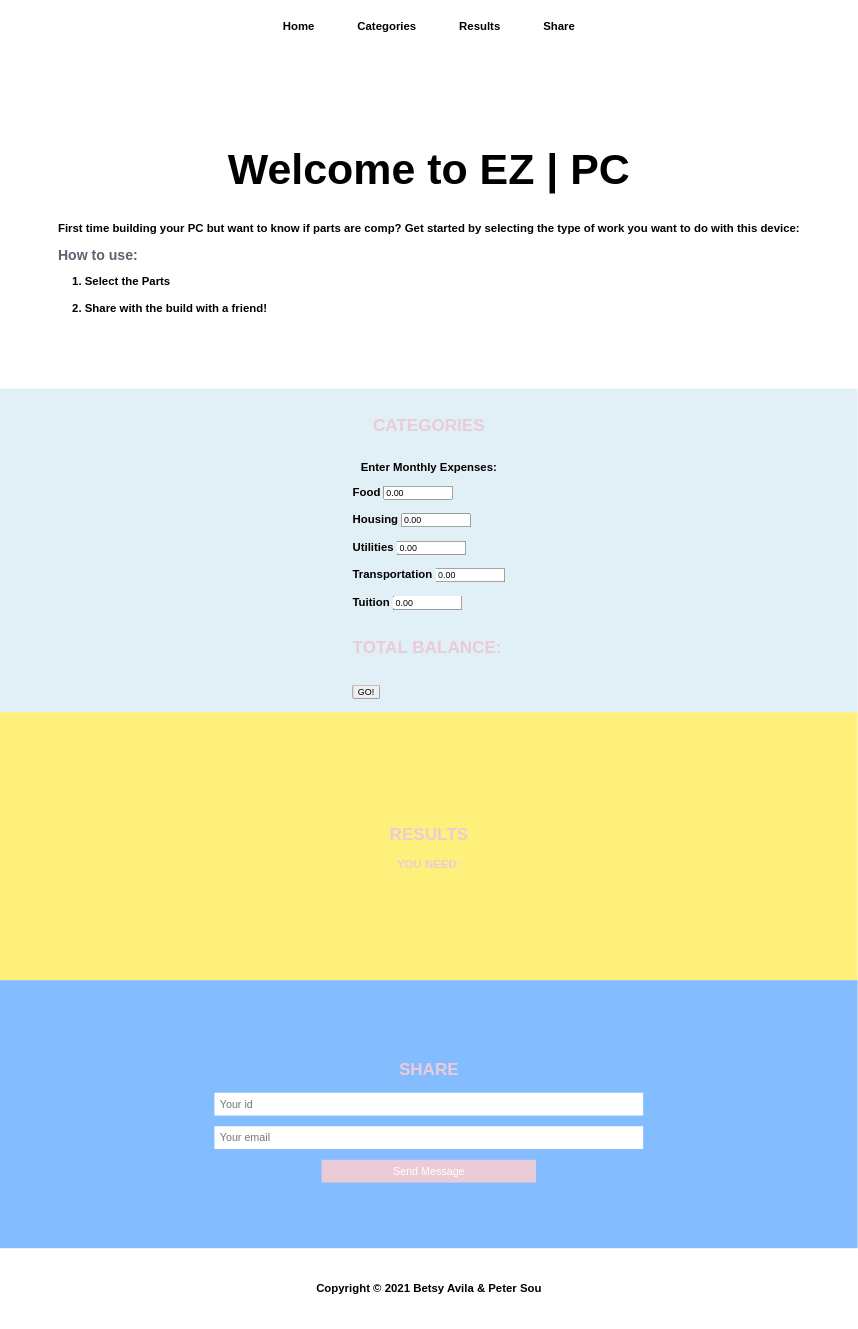
Repository: Peter-Sou/CSE-111-Project-1
Page: http://localhost/
The author's editor kept a copy of each file at every save. The page is drawn from the files as they stood at one save, then again after the next save.
The browser window is 1280 px wide. The pictures show the whole page, at 67% of full size.
Some web fonts or font styles are not loaded; a fallback is used. The page is served by the project's application, run on Django 3.2 (manage.py).

Above is the page before, as saved 2021-12-07 18:38:56.

After the next save:
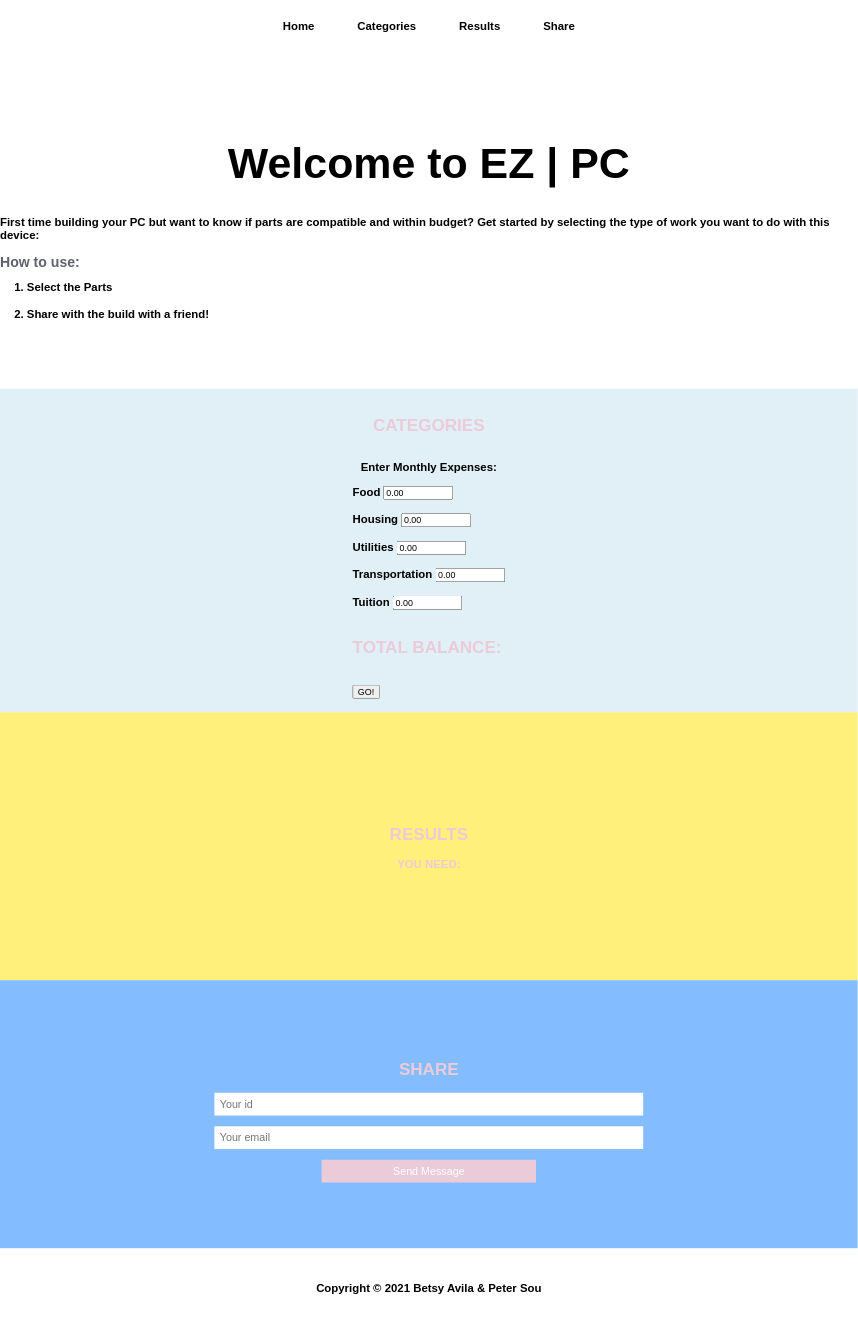
Saved 7 s later.
--- a/ezPC/EZPCAPP/templates/EZPCAPP/hi.html
+++ b/ezPC/EZPCAPP/templates/EZPCAPP/hi.html
@@ -25,7 +25,7 @@
     <header id = 'header'>
         <div>
             <h1>Welcome to EZ | PC</h1>
-            <p>First time building your PC but want to know if parts are comp? Get started by selecting the type of work you want to do with this device: </p>
+            <p>First time building your PC but want to know if parts are compatible and within budget? Get started by selecting the type of work you want to do with this device: </p>
             <h3>How to use:</h3>
             <ol>
                 <li>Select the Parts</li>
